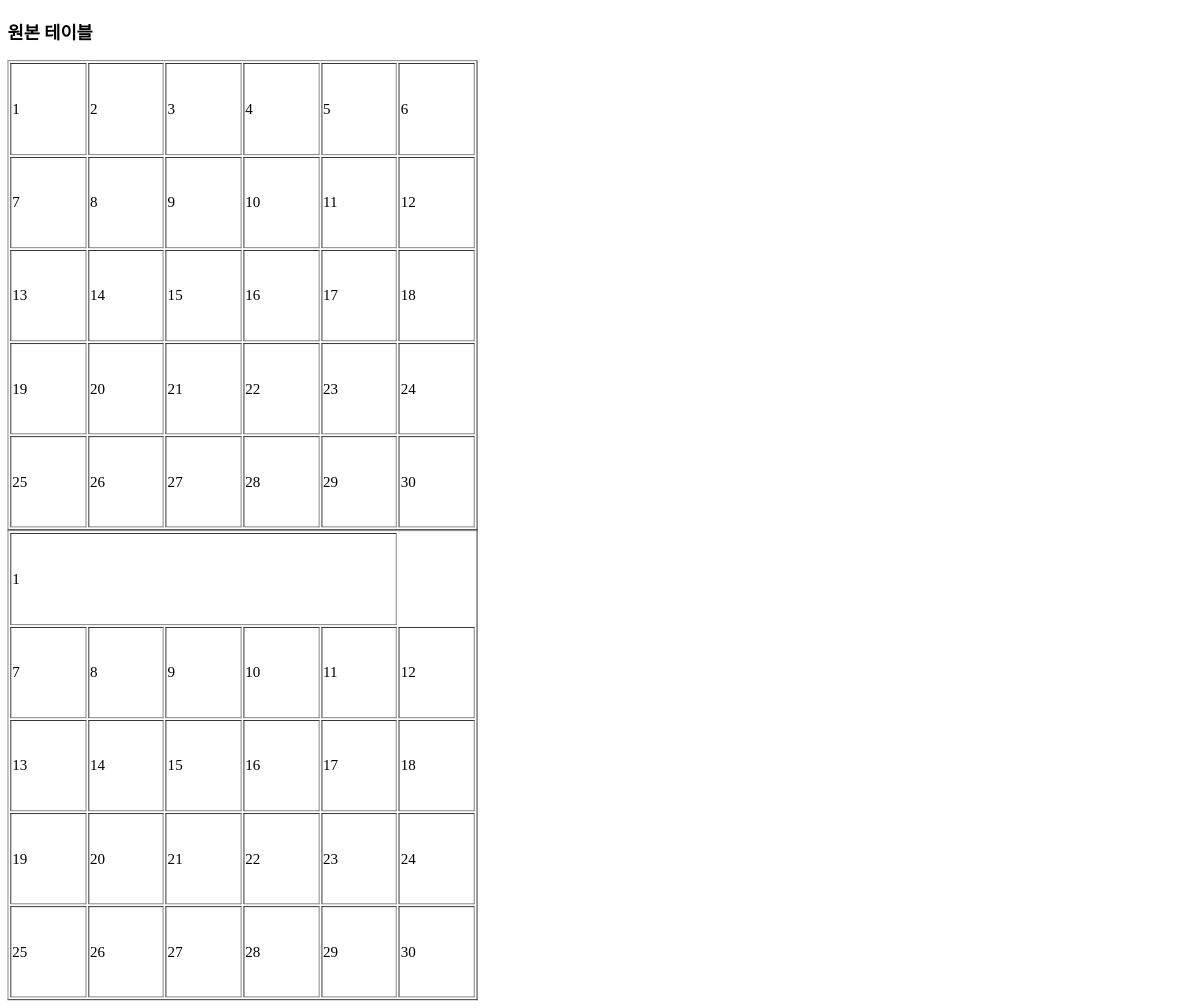
Repository: sujin9335/Front-end
Page: ClientTest/src/main/webapp/html/문제/10.html
These files come from the project's save history. The page is drawn as it stood at one moment and after the next save; the edit follows.
The browser window is 1280 px wide. The pictures show the whole page, at 94% of full size.

Above is the page before, as saved 2023-09-21 01:47:55.

### ClientTest/src/main/webapp/html/문제/10.html
<!DOCTYPE html>
<html>
<head>
<meta charset="UTF-8">
<title>Insert title here</title>
</head>
<body>

	<h3>원본 테이블</h3>
	<table border="1" width="500" height="500">

		<tr>
			<td>1</td>
			<td>2</td>
			<td>3</td>
			<td>4</td>
			<td>5</td>
			<td>6</td>
		</tr>
		<tr>
			<td>7</td>
			<td>8</td>
			<td>9</td>
			<td>10</td>
			<td>11</td>
			<td>12</td>
		</tr>
		<tr>
			<td>13</td>
			<td>14</td>
			<td>15</td>
			<td>16</td>
			<td>17</td>
			<td>18</td>
		</tr>
		<tr>
			<td>19</td>
			<td>20</td>
			<td>21</td>
			<td>22</td>
			<td>23</td>
			<td>24</td>
		</tr>
		<tr>
			<td>25</td>
			<td>26</td>
			<td>27</td>
			<td>28</td>
			<td>29</td>
			<td>30</td>
		</tr>




	</table>


	<table border="1" width="500" height="500">

		<tr>
			<td colspan="5">1</td>
		</tr>
		<tr>
			<td>7</td>
			<td>8</td>
			<td>9</td>
			<td>10</td>
			<td>11</td>
			<td>12</td>
		</tr>
		<tr>
			<td>13</td>
			<td>14</td>
			<td>15</td>
			<td>16</td>
			<td>17</td>
			<td>18</td>
		</tr>
		<tr>
			<td>19</td>
			<td>20</td>
			<td>21</td>
			<td>22</td>
			<td>23</td>
			<td>24</td>
		</tr>
		<tr>
			<td>25</td>
			<td>26</td>
			<td>27</td>
			<td>28</td>
			<td>29</td>
			<td>30</td>
		</tr>




	</table>


</body>
</html>

After the next save:
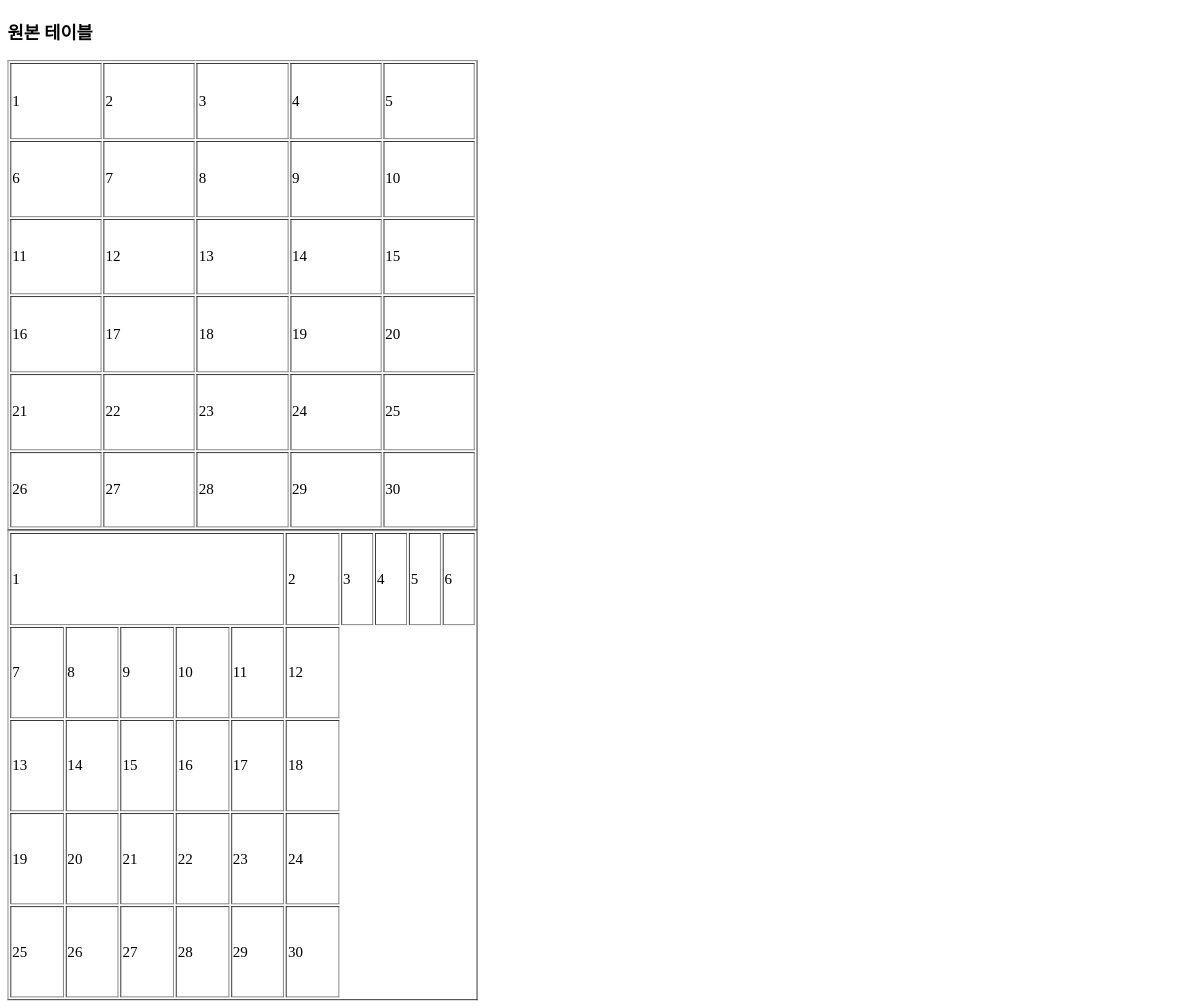
Saved 73 s later.
--- a/ClientTest/src/main/webapp/html/문제/10.html
+++ b/ClientTest/src/main/webapp/html/문제/10.html
@@ -11,6 +11,57 @@
 
 		<tr>
 			<td>1</td>
+			<td>2</td>
+			<td>3</td>
+			<td>4</td>
+			<td>5</td>
+		</tr>
+		<tr>
+			<td>6</td>
+			<td>7</td>
+			<td>8</td>
+			<td>9</td>
+			<td>10</td>
+		</tr>
+		<tr>
+			<td>11</td>
+			<td>12</td>
+			<td>13</td>
+			<td>14</td>
+			<td>15</td>
+		</tr>
+		<tr>
+			<td>16</td>
+			<td>17</td>
+			<td>18</td>
+			<td>19</td>
+			<td>20</td>
+		</tr>
+		<tr>
+			<td>21</td>
+			<td>22</td>
+			<td>23</td>
+			<td>24</td>
+			<td>25</td>
+		</tr>
+		<tr>
+			<td>26</td>
+			<td>27</td>
+			<td>28</td>
+			<td>29</td>
+			<td>30</td>
+		</tr>
+
+
+
+
+	</table>
+
+
+	<table border="1" width="500" height="500">
+
+		<tr>
+			<td colspan="5">1</td>
 			<td>2</td>
 			<td>3</td>
 			<td>4</td>
@@ -56,49 +107,5 @@
 	</table>
 
 
-	<table border="1" width="500" height="500">
-
-		<tr>
-			<td colspan="5">1</td>
-		</tr>
-		<tr>
-			<td>7</td>
-			<td>8</td>
-			<td>9</td>
-			<td>10</td>
-			<td>11</td>
-			<td>12</td>
-		</tr>
-		<tr>
-			<td>13</td>
-			<td>14</td>
-			<td>15</td>
-			<td>16</td>
-			<td>17</td>
-			<td>18</td>
-		</tr>
-		<tr>
-			<td>19</td>
-			<td>20</td>
-			<td>21</td>
-			<td>22</td>
-			<td>23</td>
-			<td>24</td>
-		</tr>
-		<tr>
-			<td>25</td>
-			<td>26</td>
-			<td>27</td>
-			<td>28</td>
-			<td>29</td>
-			<td>30</td>
-		</tr>
-
-
-
-
-	</table>
-
-
 </body>
 </html>
